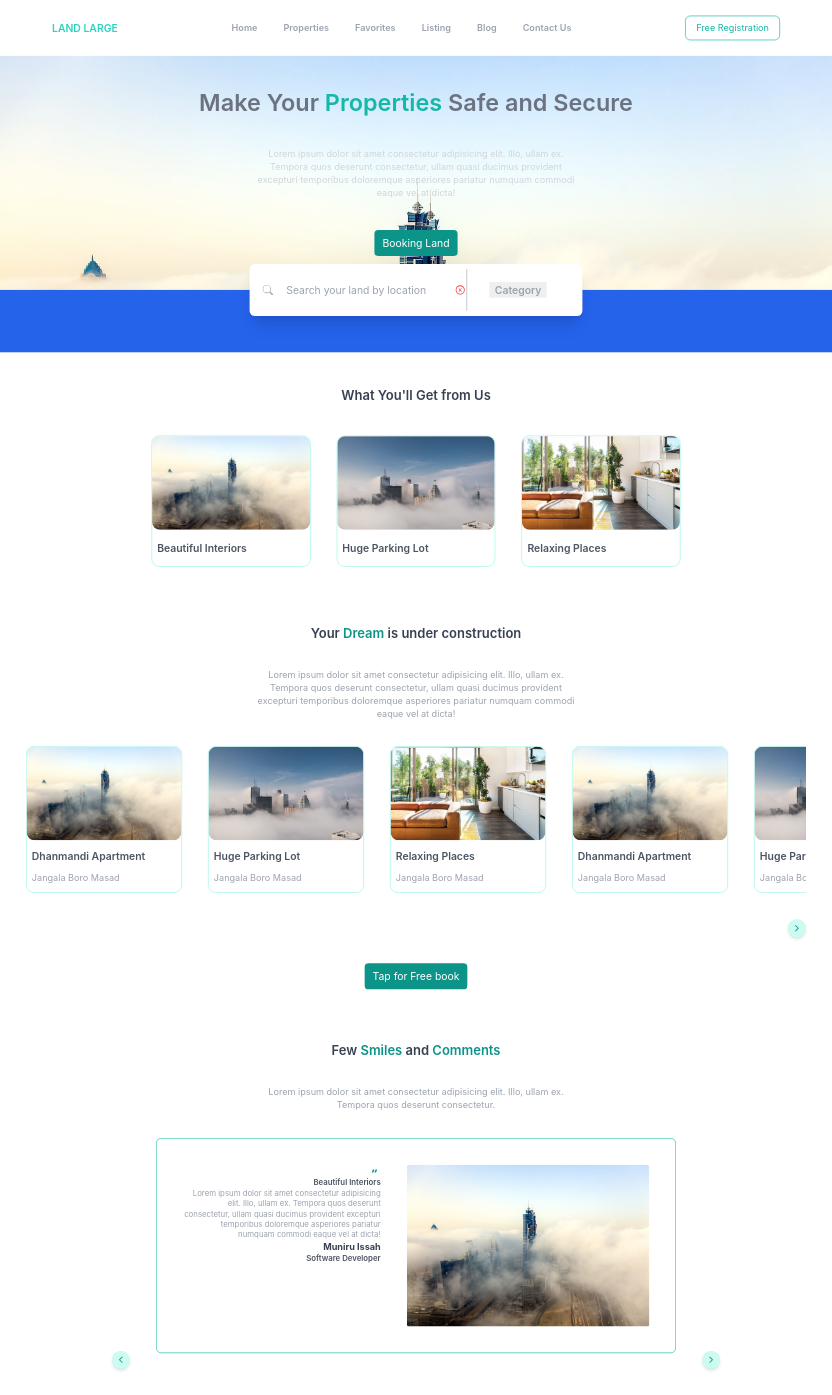
Repository: MuniruIssah/realestate
Page: /
These files come from the project's save history. The page is drawn as it stood at one moment and after the next save; the edit follows.
The browser window is 1280 px wide. The pictures show the whole page, at 65% of full size.
The project was rebuilt for these pictures with package versions that can differ from the ones it lists, and the page was loaded fresh each time. Also part of the build but not shown: src/App.css.

Above is the page before, as saved 2022-02-20 07:32:28.

After the next save:
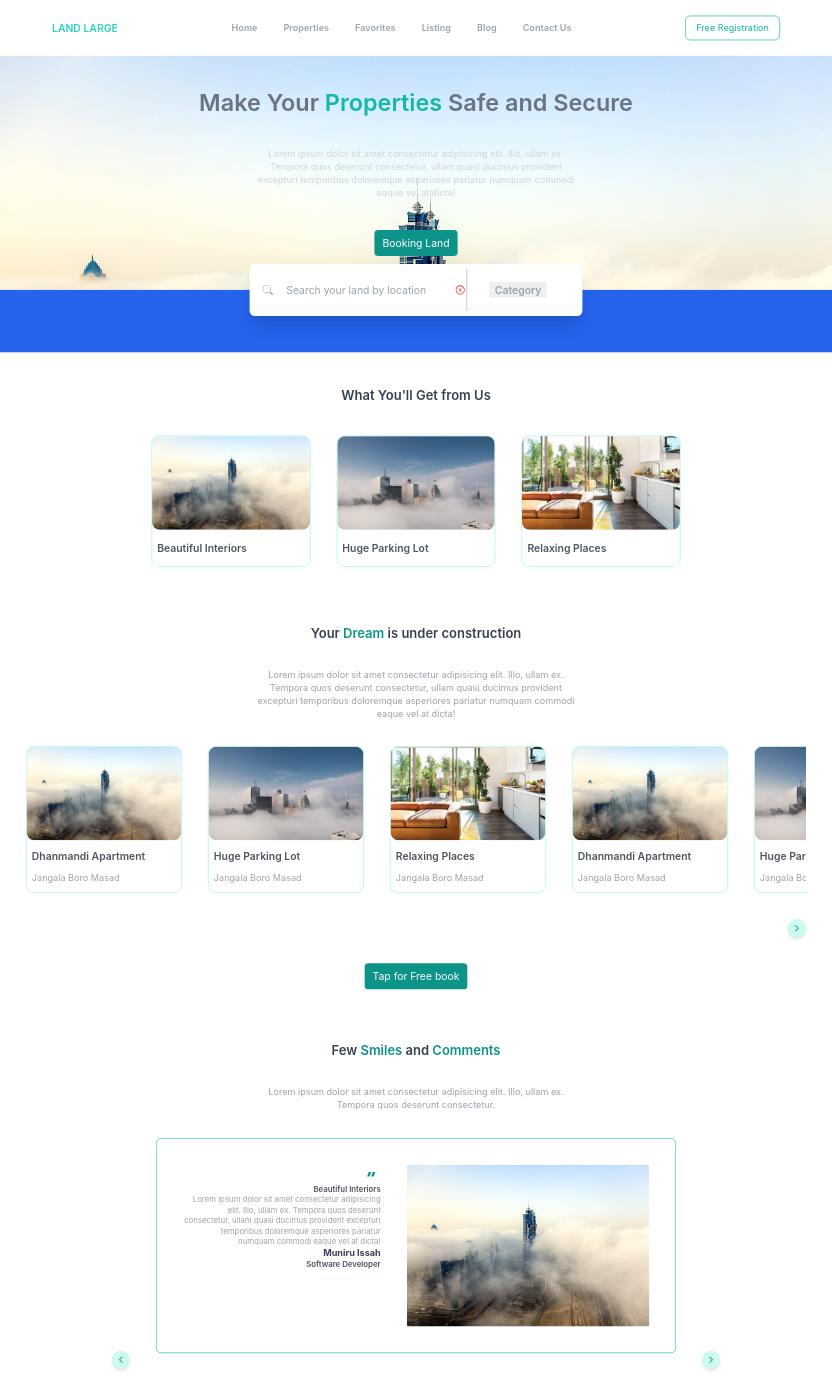
Saved 11 s later.
--- a/src/components/SmilesAndComments.js
+++ b/src/components/SmilesAndComments.js
@@ -73,7 +73,7 @@ const SmilesAndCommentCard = ({ image, title, description, name, role }) => {
   return (
     <div className="w-full flex-shrink-0 border border-teal-500 flex justify-center space-x-10 h-full snap-start rounded rounded-lg p-10 ">
       <div className="text-right flex flex-col">
-        <CgQuote className="text-teal-600 text-xl self-end" />
+        <CgQuote className="text-teal-600 text-3xl self-end" />
         <span className="font-semibold text-xs text-gray-600">
           {title}
         </span>
